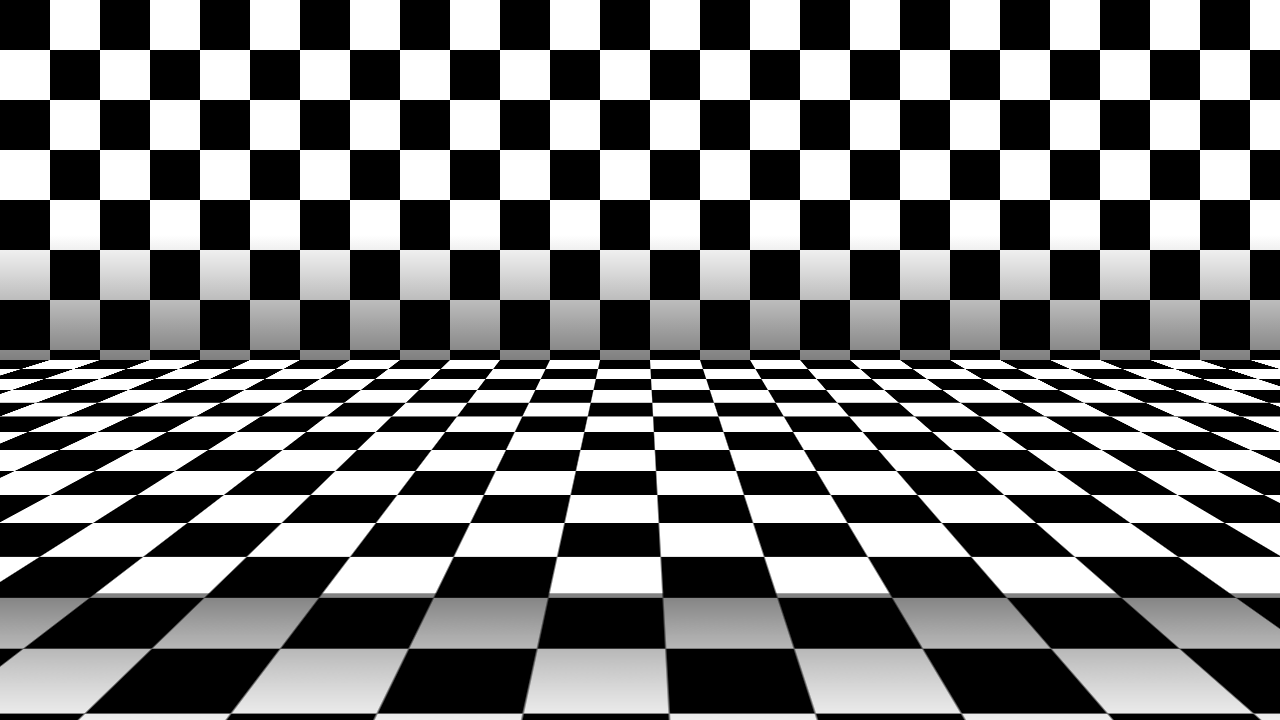
Repository: atwesson/portfoilo
Page: index.html
The author's editor kept a copy of each file at every save. The page is drawn from the files as they stood at one save, then again after the next save.
The browser window is 1280 px wide. The pictures show the whole page.

Above is the page before, as saved 2021-11-17 10:21:17.

After the next save:
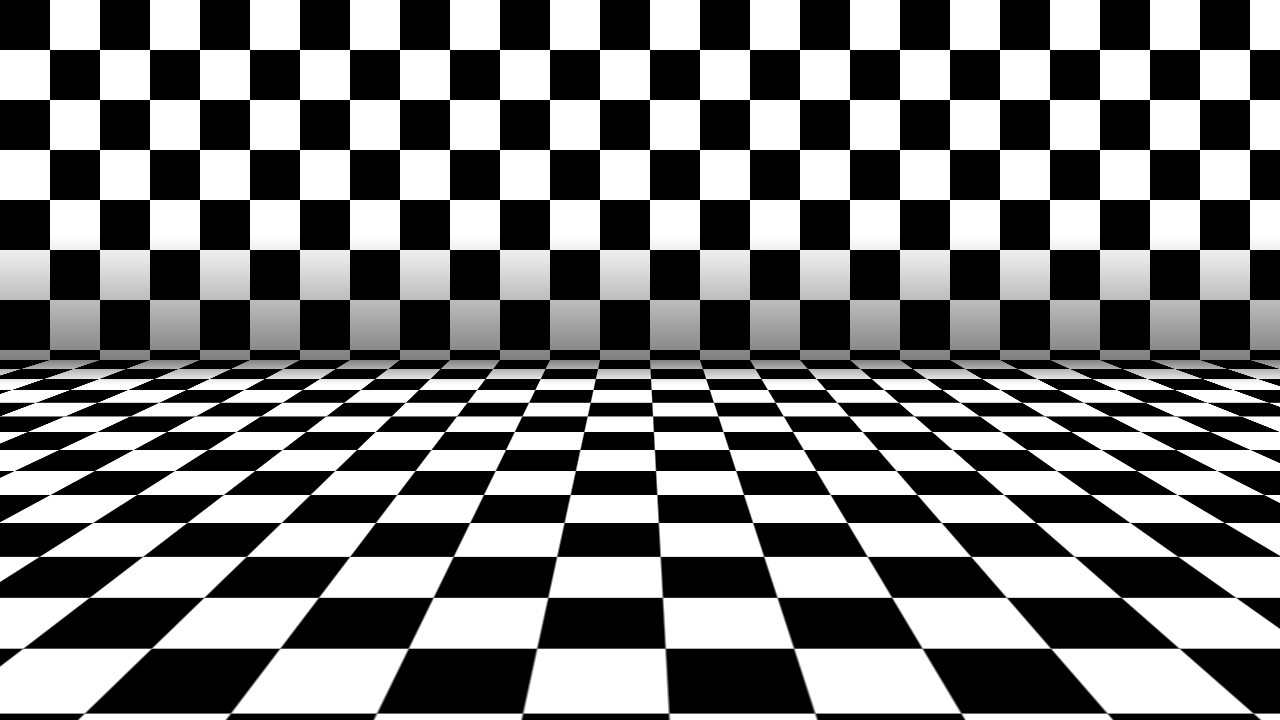
Saved 45 s later.
--- a/style.css
+++ b/style.css
@@ -46,7 +46,7 @@
 .pattern .face2:before{
     content: '';
     position: absolute;
-    bottom: 0;
+    bottom: top;
     left: 0;
     height: 125px;
     width: 100%;

After the 3 saves that followed:
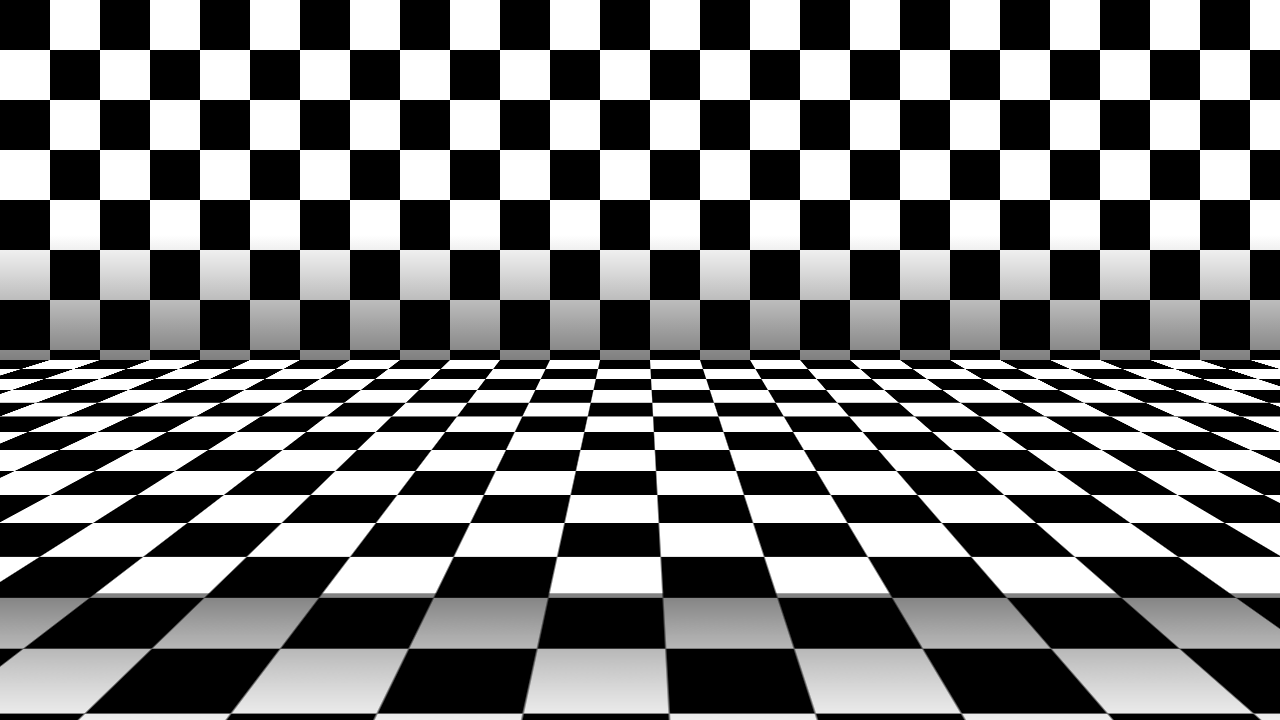
The 3 saves are shown as one change because 1 left the picture as it was and some came seconds apart.
The last was saved 45 s later.
--- a/style.css
+++ b/style.css
@@ -46,7 +46,7 @@
 .pattern .face2:before{
     content: '';
     position: absolute;
-    bottom: top;
+    bottom: 0;
     left: 0;
     height: 125px;
     width: 100%;
